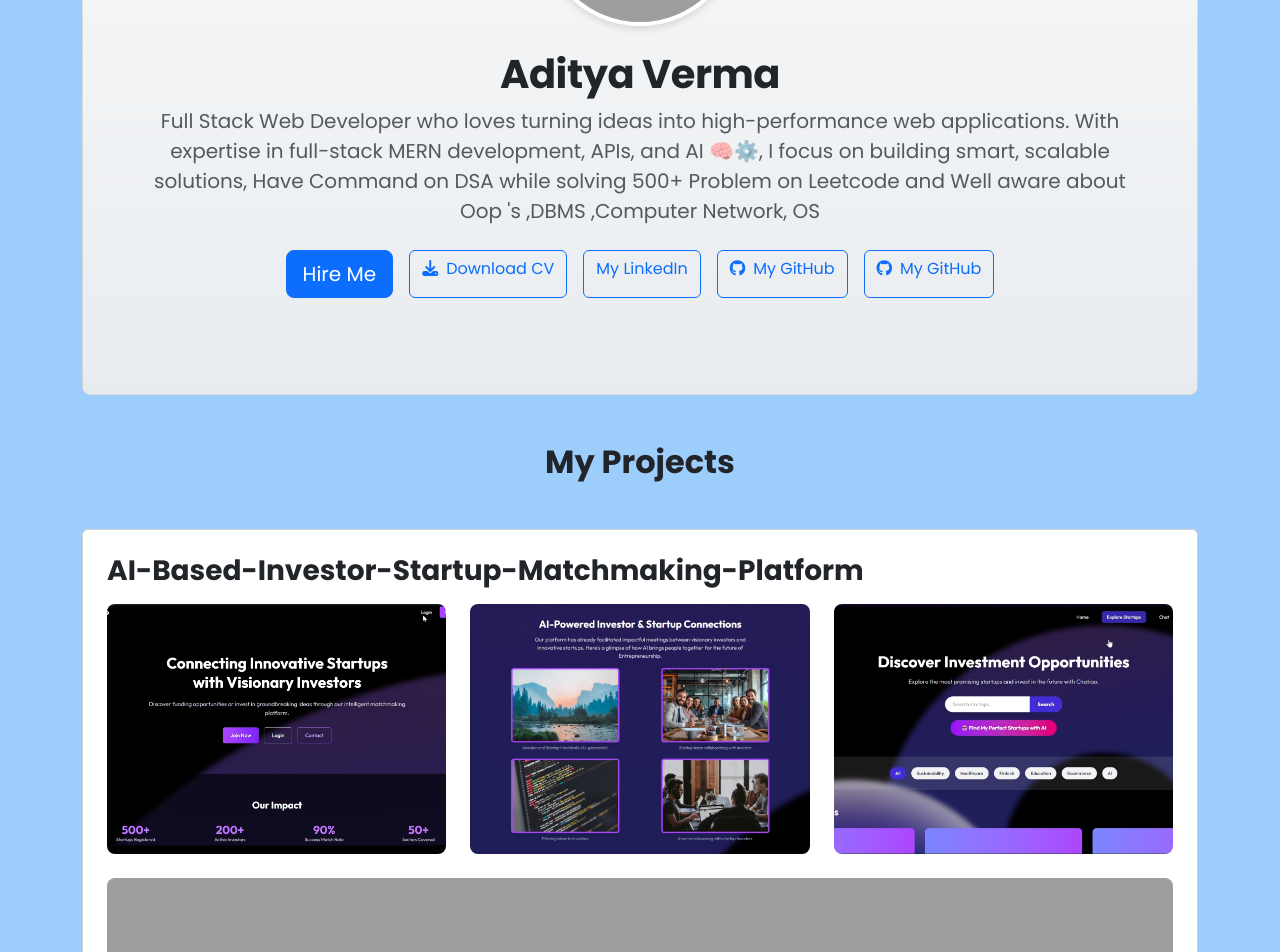
Repository: AdityaTech-Pro/Portfolio-Aditya-Verma
Page: Aditya Portfolio/index.html
The author's editor kept a copy of each file at every save. The page is drawn from the files as they stood at one save, then again after a run of saves.
The browser window is 1280 px wide. The pictures show the part of the page from y = 326 to 1278 px (the page is 4999 px tall before and 5037 px after).
Pictures or frames that could not be fetched are drawn as grey boxes.

Above is the page before, as saved 2026-01-08 00:08:20.

After the next 2 saves:
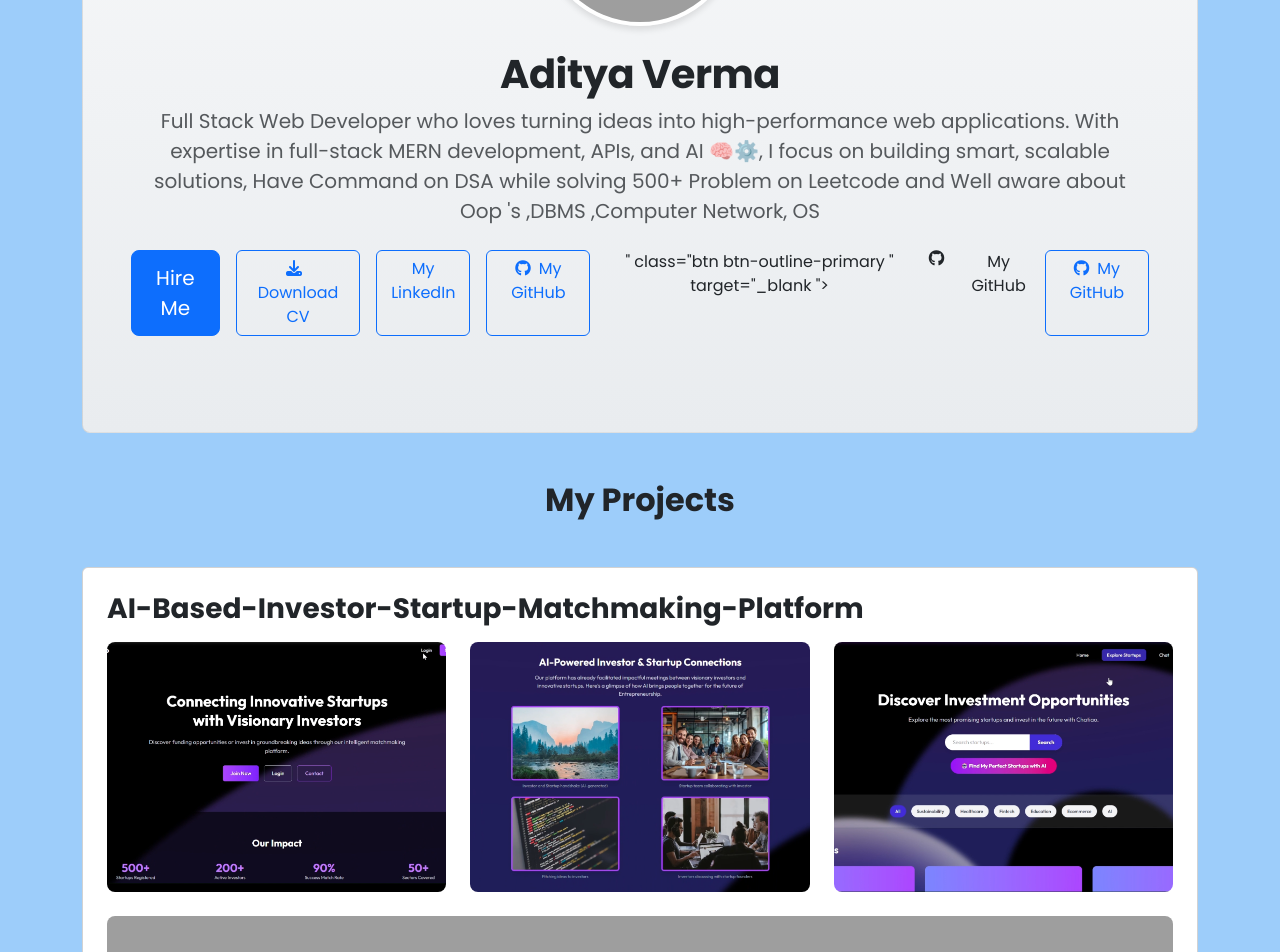
The 2 saves are shown as one change because they came seconds apart.
The last was saved 7 s later.
--- a/Aditya Portfolio/index.html
+++ b/Aditya Portfolio/index.html
@@ -235,7 +235,9 @@
                 <a href="www.linkedin.com/in/9905adityaverma" class="btn btn-outline-primary " target="_blank ">
                     <i class="fa:linkedin-square"></i>My LinkedIn
                 </a>
-                <a href="https://github.com/AdityaTech-Pro" class="btn btn-outline-primary " target="_blank ">
+                <a href="<a href=" https://github.com/AdityaTech-Pro " class="btn btn-outline-primary " target="_blank ">
+                    <i class="fab fa-github me-2 "></i>My GitHub
+                </a>" class="btn btn-outline-primary " target="_blank ">
                     <i class="fab fa-github me-2 "></i>My GitHub
                 </a>
                 <a href="https://github.com/AdityaTech-Pro" class="btn btn-outline-primary " target="_blank ">

After the save that followed:
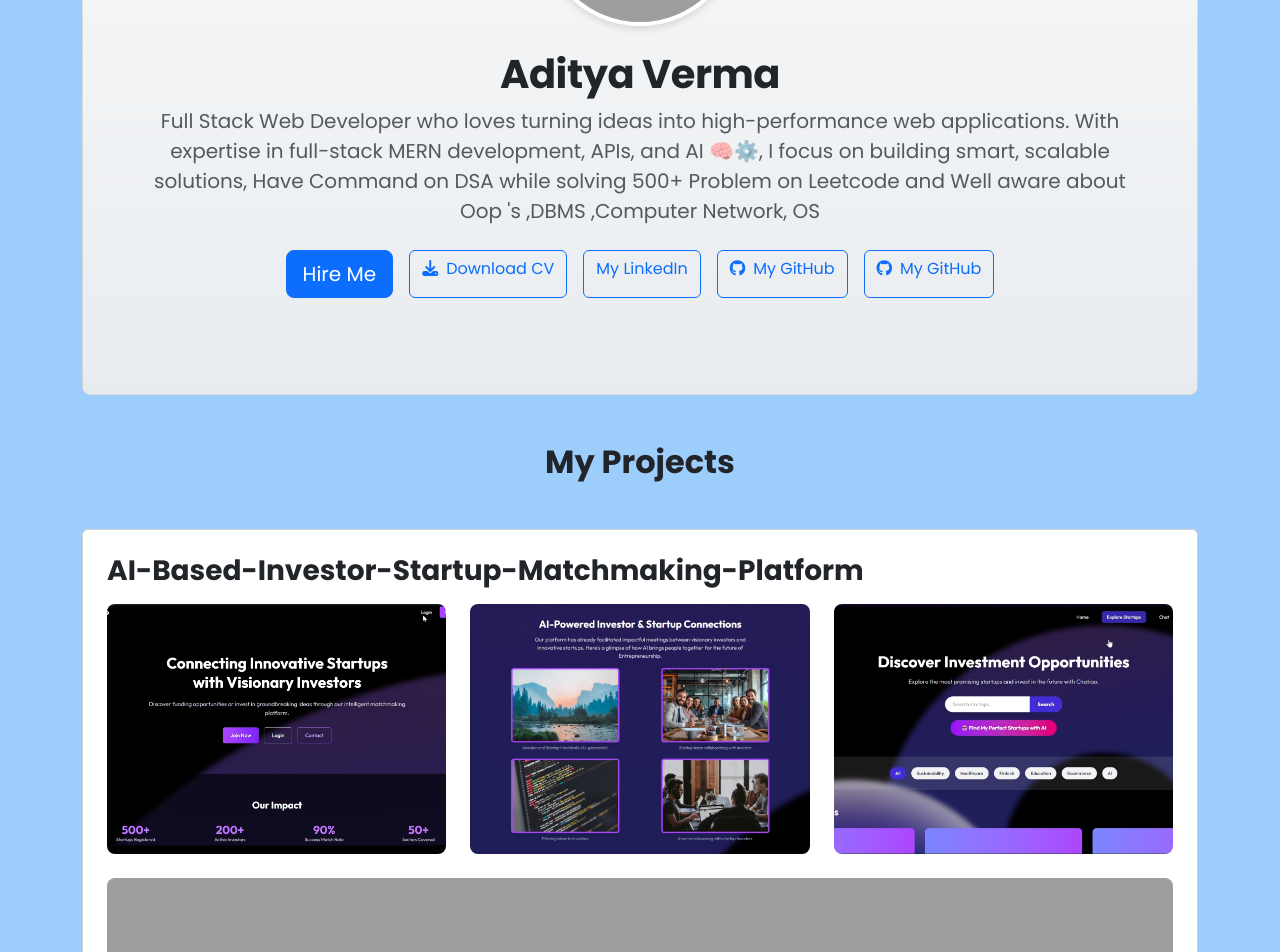
Saved 12 s later.
--- a/Aditya Portfolio/index.html
+++ b/Aditya Portfolio/index.html
@@ -235,9 +235,7 @@
                 <a href="www.linkedin.com/in/9905adityaverma" class="btn btn-outline-primary " target="_blank ">
                     <i class="fa:linkedin-square"></i>My LinkedIn
                 </a>
-                <a href="<a href=" https://github.com/AdityaTech-Pro " class="btn btn-outline-primary " target="_blank ">
-                    <i class="fab fa-github me-2 "></i>My GitHub
-                </a>" class="btn btn-outline-primary " target="_blank ">
+                <a href="" class="btn btn-outline-primary " target="_blank ">
                     <i class="fab fa-github me-2 "></i>My GitHub
                 </a>
                 <a href="https://github.com/AdityaTech-Pro" class="btn btn-outline-primary " target="_blank ">
